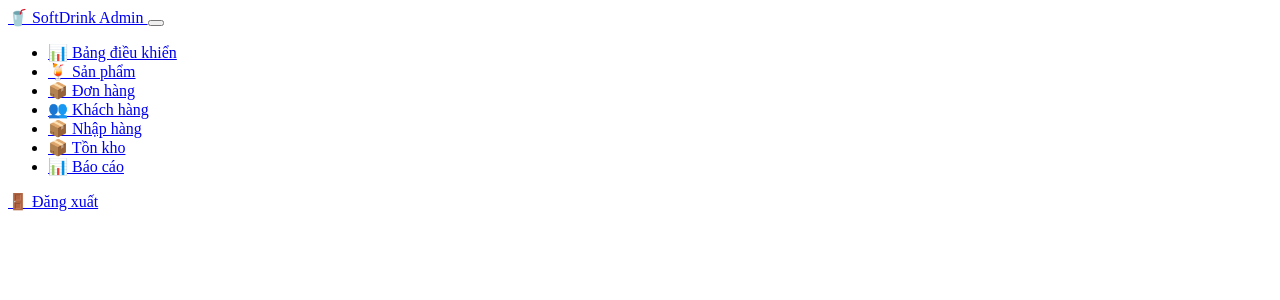
Repository: cu-dat/web2_softdrink
Page: http://localhost/web2_softdrink/admin/includes/navbar.php
These files come from the project's save history. The page is drawn as it stood at one moment and after the next save; the edit follows.
The browser window is 1280 px wide. The pictures show the whole page.
The page is run by PHP 8.4 with error messages shown; the project is at /var/www/html/.

Above is the page before, as saved 2026-03-31 18:35:10.

### admin/includes/navbar.php
<?php $currentPage = basename($_SERVER['PHP_SELF']); ?>
<nav class="navbar navbar-expand-lg navbar-dark bg-dark shadow">
    <div class="container-fluid">

        <!-- Logo -->
        <a class="navbar-brand fw-bold" href="/web2_softdrink/admin/index.php">
            🥤 SoftDrink Admin
        </a>

        <!-- nút menu mobile -->
        <button class="navbar-toggler" type="button" data-bs-toggle="collapse" data-bs-target="#navbarMenu">
            <span class="navbar-toggler-icon"></span>
        </button>

        <!-- Menu -->
        <div class="collapse navbar-collapse" id="navbarMenu">

            <ul class="navbar-nav me-auto mb-2 mb-lg-0">

                <!-- Dashboard -->
                <li class="nav-item">
                    <a class="nav-link <?php echo $currentPage == 'index.php' ? 'active' : ''; ?>"
                        href="/web2_softdrink/admin/index.php">
                        📊 Bảng điều khiển
                    </a>
                </li>

                <!-- Products -->
                <li class="nav-item">
                    <a class="nav-link <?php echo in_array($currentPage, ['product.php', 'product_add.php', 'product_edit.php']) ? 'active' : ''; ?>"
                        href="/web2_softdrink/admin/products/product.php">
                        🍹 Sản phẩm
                    </a>
                </li>

                <!-- Orders -->
                <li class="nav-item">
                    <a class="nav-link <?php echo in_array($currentPage, ['orders.php', 'order_detail.php']) ? 'active' : ''; ?>"
                        href="/web2_softdrink/admin/orders/orders.php">
                        📦 Đơn hàng
                    </a>
                </li>

                <!-- Customers -->
                <li class="nav-item">
                    <a class="nav-link <?php echo $currentPage == 'customer_list.php' ? 'active' : ''; ?>"
                        href="/web2_softdrink/admin/customers/customer_list.php">
                        👥 Khách hàng
                    </a>
                </li>
                <li class="nav-item">
                    <a class="nav-link <?php echo $currentPage == 'import.php' ? 'active' : ''; ?>"
                        href="/web2_softdrink/admin/imports/import.php">
                        📦 Nhập hàng
                    </a>
                </li>
                <li class="nav-item">
                    <a class="nav-link" href="/web2_softdrink/admin/report/stock_check.php">📦 Tồn kho</a>
                </li>
                <li class="nav-item">
                    <a class="nav-link" href="/web2_softdrink/admin/report/report_import_export.php">📊 Báo cáo</a>
                </li>
            </ul>
            <!-- Logout -->
            <a href="/web2_softdrink/admin/logout.php" class="btn btn-danger">
                🚪 Đăng xuất
            </a>
        </div>
    </div>
</nav>

After the next save:
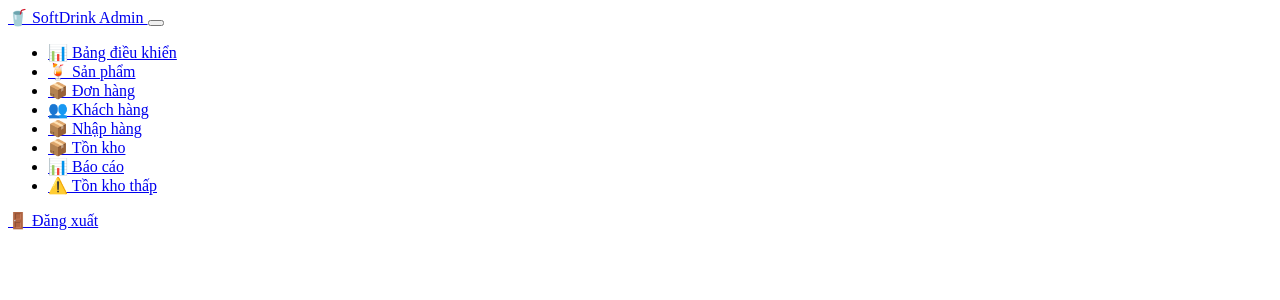
Saved 5 s later.
--- a/admin/includes/navbar.php
+++ b/admin/includes/navbar.php
@@ -60,6 +60,9 @@
                 <li class="nav-item">
                     <a class="nav-link" href="/web2_softdrink/admin/report/report_import_export.php">📊 Báo cáo</a>
                 </li>
+                <li class="nav-item">
+                    <a class="nav-link" href="/web2_softdrink/admin/report/low_stock.php">⚠️ Tồn kho thấp</a>
+                </li>
             </ul>
             <!-- Logout -->
             <a href="/web2_softdrink/admin/logout.php" class="btn btn-danger">
